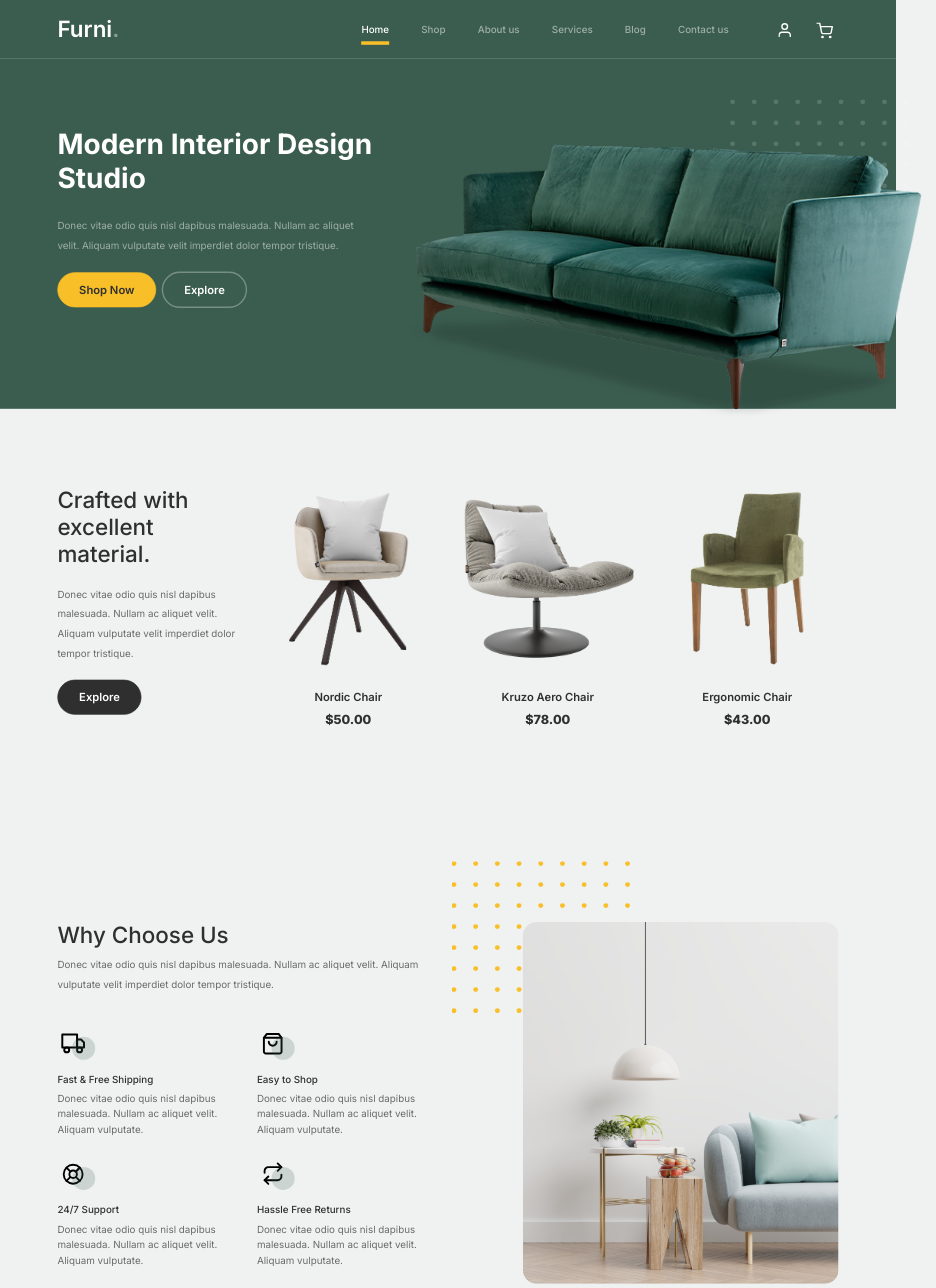
Repository: MaggieMengXingchen/e-commerce
Page: index.html
An editor plug-in stored every save of this project. The page is shown before and after a run of saves, followed by the edit.
The browser window is 1280 px wide. The page is 1337 px wide, so the pictures cover 1337 px, including what lies to the right of the window. The pictures show the part of the page from y = 0 to 1840 px (the page is 5103 px tall), at 70% of full size.

Above is the page before, as saved 2024-02-07 13:52:11.

After the next 2 saves:
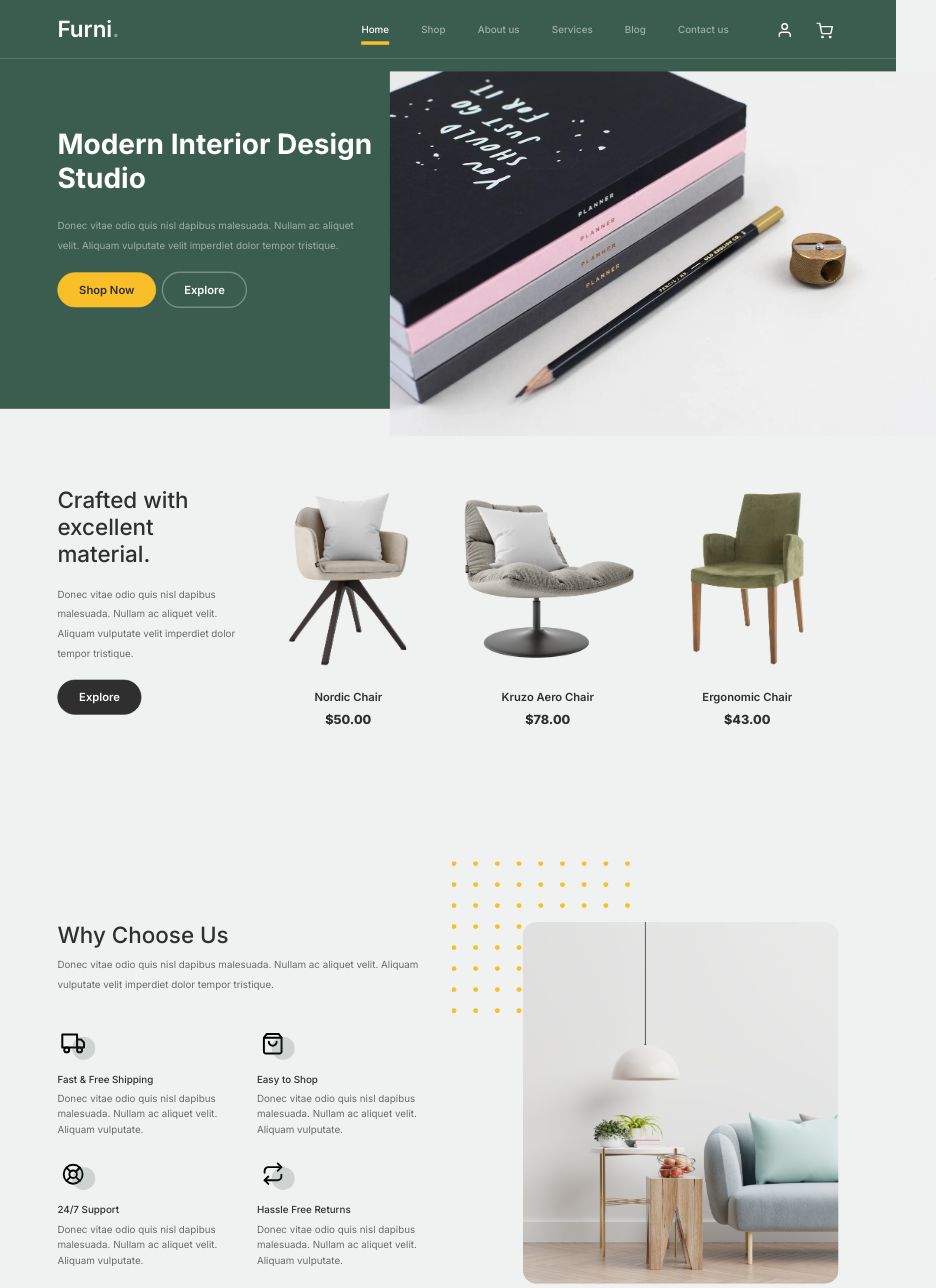
The 2 saves are shown as one change because they came seconds apart.
The last was saved 9 min 43 s later.
--- a/index.html
+++ b/index.html
@@ -71,7 +71,7 @@
 						</div>
 						<div class="col-lg-7">
 							<div class="hero-img-wrap">
-								<img src="images/couch.png" class="img-fluid">
+								<img src="images/stationary.webp" class="img-fluid">
 							</div>
 						</div>
 					</div>
